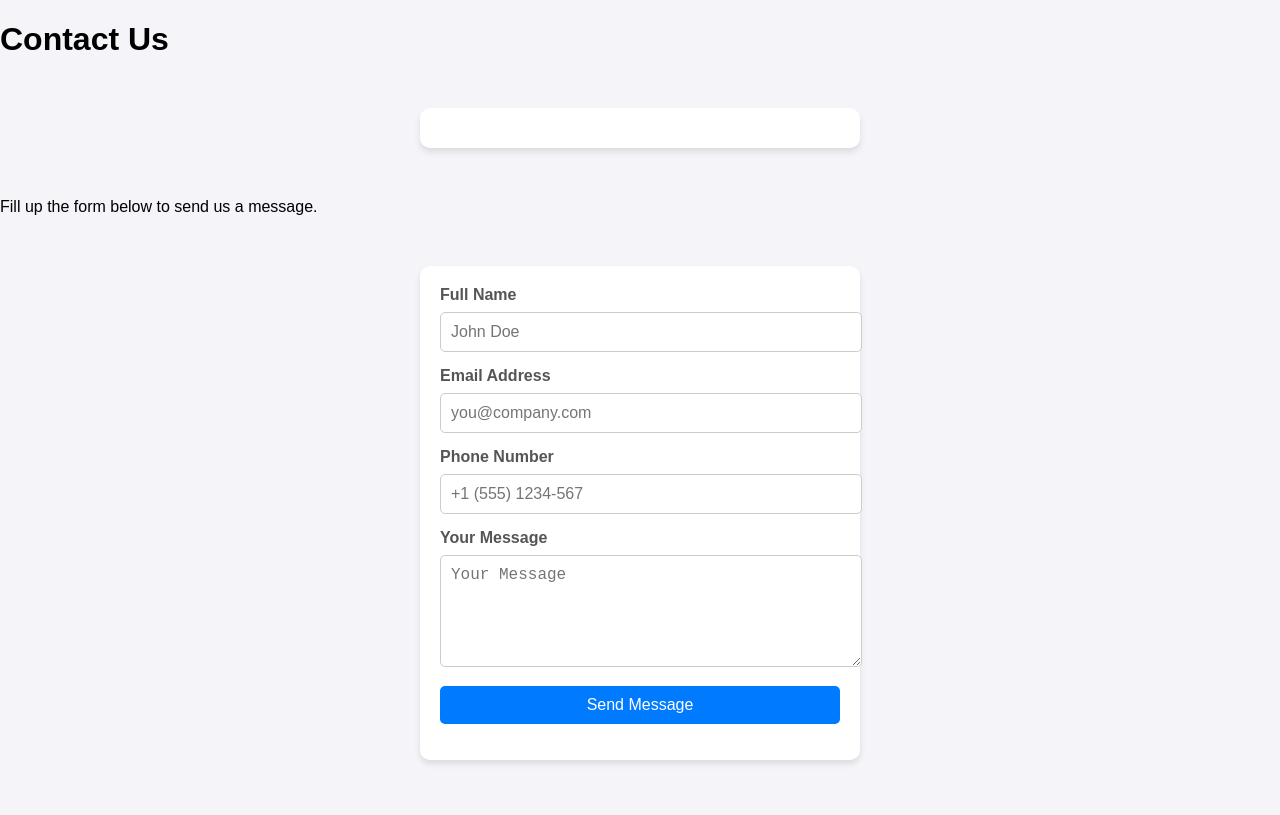
Repository: Gri-Griz/contact-form
Page: index.html
These files come from the project's save history. The page is drawn as it stood at one moment and after the next save; the edit follows.
The browser window is 1280 px wide. The pictures show the whole page.

Above is the page before, as saved 2024-11-19 00:19:43.

### index.html
<!DOCTYPE html>
<html lang="fr">
<head>
    <meta charset="UTF-8">
    <meta name="viewport" content="width=device-width, initial-scale=1.0">
    <title>Contact Form</title>
    <!-- Lien vers le fichier CSS -->
    <link rel="stylesheet" href="style.css">
</head>
<body>

    <div class="flex items-center min-h-screen bg-gray-900">
        <div class="container mx-auto">
          <div class="max-w-md mx-auto my-10 bg-gray-800 p-5 rounded-md shadow-sm">
            <div class="text-center">
              <h1 class="my-3 text-3xl font-semibold text-gray-100">
                Contact Us
              </h1>
              <form action="https://formsubmit.co/agogriselda@gmail.com" method="POST"></form>
              <p class="text-gray-400 dark:text-gray-400">
                Fill up the form below to send us a message.
              </p>
            </div>
            <div class="m-7">
              <form action="https://api.web3forms.com/submit" method="POST" id="form">
                <input type="hidden" name="access_key" value="YOUR_ACCESS_KEY_HERE" />
                <input type="hidden" name="subject" value="New Submission from Web3Forms" />
                <input type="checkbox" name="botcheck" id="" style="display: none;" />

                <div class="mb-6">
                  <label for="name" class="block mb-2 text-sm text-gray-400">Full Name</label>
                  <input type="text" name="name" id="name" placeholder="John Doe" required class="w-full px-3 py-2 h-12 rounded-sm placeholder-gray-500 text-gray-900 bg-gray-100 text-sm focus:outline-none" />
                </div>
                <div class="mb-6">
                  <label for="email" class="block mb-2 text-sm text-gray-400">Email Address</label>
                  <input type="email" name="email" id="email" placeholder="you@company.com" required class="w-full px-3 py-2 h-12 rounded-sm placeholder-gray-500 text-gray-900 bg-gray-100 text-sm focus:outline-none" />
                </div>
                <div class="mb-6">
                  <label for="phone" class="block mb-2 text-sm text-gray-400">Phone Number</label>
                  <input type="text" name="phone" id="phone" placeholder="+1 (555) 1234-567" required class="w-full px-3 py-2 h-12 rounded-sm placeholder-gray-500 text-gray-900 bg-gray-100 text-sm focus:outline-none" />
                </div>
                <div class="mb-6">
                  <label for="message" class="block mb-2 text-sm text-gray-400">Your Message</label>

                  <textarea rows="5" name="message" id="message" placeholder="Your Message" class="w-full px-3 py-2 rounded-sm placeholder-gray-500 text-gray-900 bg-gray-100 text-sm focus:outline-none" required></textarea>
                </div>
                <div class="mb-6">
                  <button type="submit" class="w-full bg-indigo-600 inline-block text-white no-underline hover:text-indigo-100 py-4 px-4 rounded-sm focus:outline-none">
                    Send Message
                  </button>
                </div>
                <p class="text-base text-center text-gray-400" id="result"></p>
              </form>
            </div>
          </div>
        </div>
      </div>
    </form>
</body>
</html>

### style.css
/* Style général */
body {
    font-family: Arial, sans-serif;
    margin: 0;
    padding: 0;
    background-color: #f4f4f9;
}

/* Conteneur principal */
form {
    max-width: 400px;
    margin: 50px auto;
    padding: 20px;
    background: #fff;
    border-radius: 10px;
    box-shadow: 0 4px 6px rgba(0, 0, 0, 0.1);
}

/* Titre */
h2 {
    text-align: center;
    margin-bottom: 20px;
    color: #333;
}

/* Champs du formulaire */
label {
    display: block;
    margin-bottom: 8px;
    font-weight: bold;
    color: #555;
}

input[type="text"],
input[type="email"],
textarea {
    width: 100%;
    padding: 10px;
    margin-bottom: 15px;
    border: 1px solid #ccc;
    border-radius: 5px;
    font-size: 16px;
    transition: border-color 0.3s ease-in-out;
}

input[type="text"]:focus,
input[type="email"]:focus,
textarea:focus {
    border-color: #007BFF;
    outline: none;
}

/* Bouton */
button {
    width: 100%;
    padding: 10px;
    background: #007BFF;
    color: #fff;
    border: none;
    border-radius: 5px;
    font-size: 16px;
    cursor: pointer;
    transition: background 0.3s ease-in-out;
}

button:hover {
    background: #0056b3;
}

After the next save:
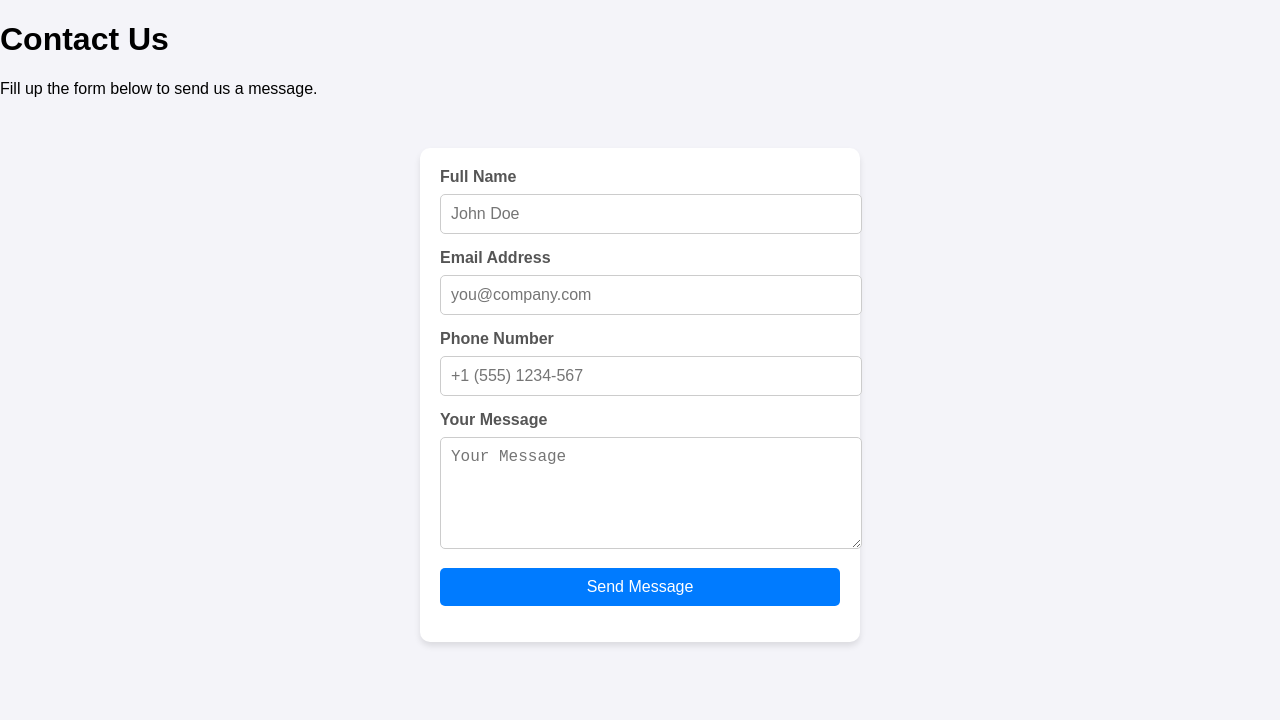
Saved 116 s later.
--- a/index.html
+++ b/index.html
@@ -8,7 +8,6 @@
     <link rel="stylesheet" href="style.css">
 </head>
 <body>
-
     <div class="flex items-center min-h-screen bg-gray-900">
         <div class="container mx-auto">
           <div class="max-w-md mx-auto my-10 bg-gray-800 p-5 rounded-md shadow-sm">
@@ -16,13 +15,12 @@
               <h1 class="my-3 text-3xl font-semibold text-gray-100">
                 Contact Us
               </h1>
-              <form action="https://formsubmit.co/agogriselda@gmail.com" method="POST"></form>
               <p class="text-gray-400 dark:text-gray-400">
                 Fill up the form below to send us a message.
               </p>
             </div>
             <div class="m-7">
-              <form action="https://api.web3forms.com/submit" method="POST" id="form">
+              <form action="https://formsubmit.co/agogriselda@gmail.com" method="POST" id="form">
                 <input type="hidden" name="access_key" value="YOUR_ACCESS_KEY_HERE" />
                 <input type="hidden" name="subject" value="New Submission from Web3Forms" />
                 <input type="checkbox" name="botcheck" id="" style="display: none;" />
@@ -55,6 +53,5 @@
           </div>
         </div>
       </div>
-    </form>
-</body>
+    </body>
 </html>
